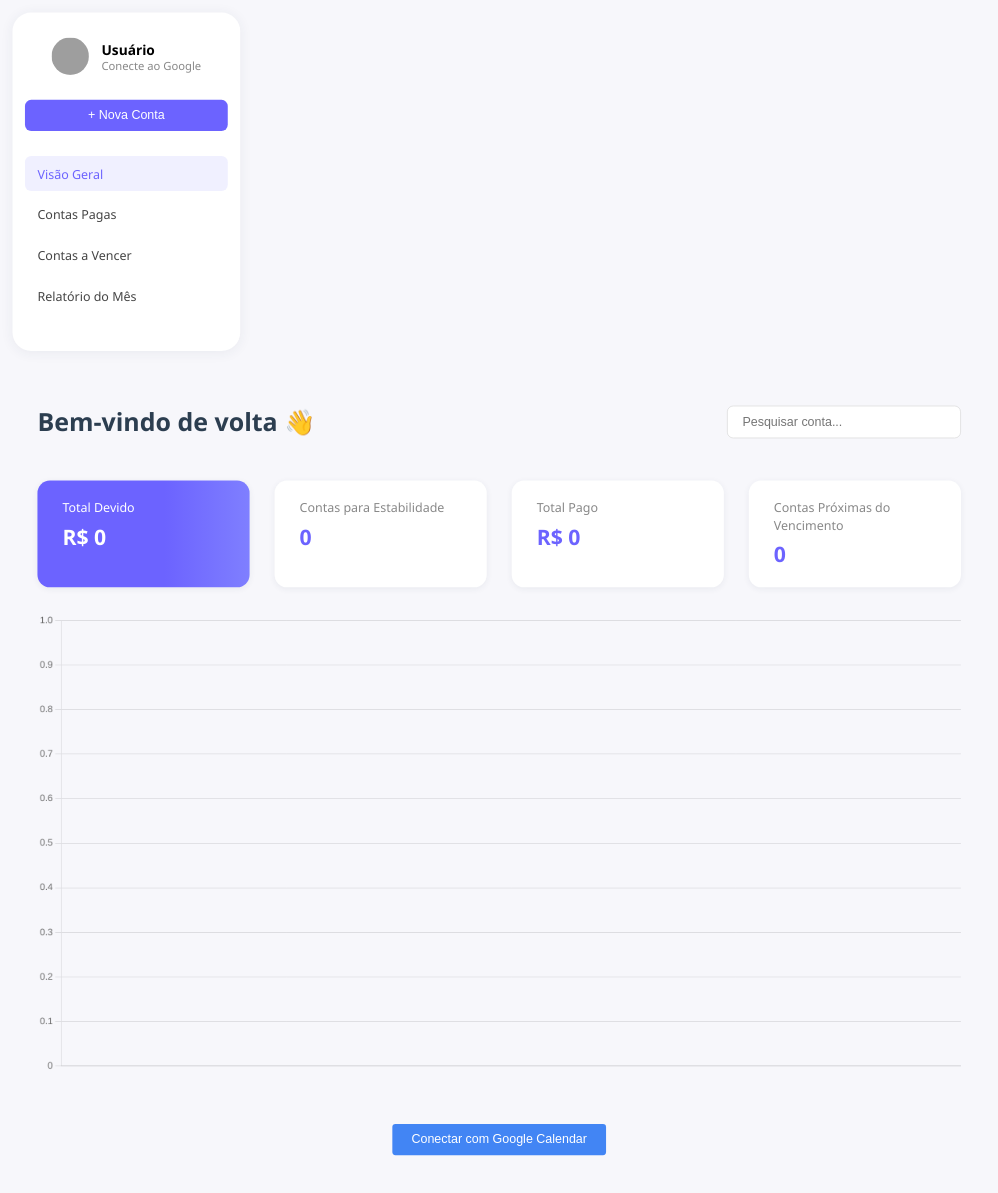
Repository: Matheus904-12/Projects-Part
Page: / (app in Gastos/)
The author's editor kept a copy of each file at every save. The page is drawn from the files as they stood at one save, then again after the next save.
The browser window is 1280 px wide. The pictures show the whole page, at 78% of full size.
Pictures or frames that could not be fetched are drawn as grey boxes. The project was rebuilt for these pictures with package versions that can differ from the ones it lists, and the page was loaded fresh each time. Also part of the build but not shown: Gastos/src/components/ExportarRelatorio.vue.

Above is the page before, as saved 2025-08-28 20:35:49.

### Gastos/src/App.vue
<template>
  <GastosDashboard />
</template>

<script>
import GastosDashboard from './components/GastosDashboard.vue';

export default {
  name: 'App',
  components: {
    GastosDashboard
  }
};
</script>

<style>
body {
  font-family: 'Segoe UI', Arial, sans-serif;
  background: #f7f7fb;
  margin: 0;
}
</style>

### Gastos/src/components/GastosDashboard.vue
<template>
  <div class="dashboard-layout">
    <aside class="sidebar">
      <div class="profile">
        <img src="https://www.gravatar.com/avatar?d=mp" alt="Avatar" class="avatar" />
        <div>
          <div class="user-name">{{ googleUser.name || 'Usuário' }}</div>
          <div class="user-email">{{ googleUser.email || 'Conecte ao Google' }}</div>
        </div>
      </div>
      <nav>
        <button @click="showForm = true">+ Nova Conta</button>
        <ul>
          <li :class="{active: activeTab === 'overview'}" @click="activeTab = 'overview'">Visão Geral</li>
          <li :class="{active: activeTab === 'paid'}" @click="activeTab = 'paid'">Contas Pagas</li>
          <li :class="{active: activeTab === 'due'}" @click="activeTab = 'due'">Contas a Vencer</li>
          <li :class="{active: activeTab === 'report'}" @click="activeTab = 'report'">Relatório do Mês</li>
        </ul>
      </nav>
    </aside>
    <main class="main-content">
      <header class="main-header">
        <h1>Bem-vindo de volta 👋</h1>
        <input v-model="search" placeholder="Pesquisar conta..." class="search" />
      </header>
      <section v-if="activeTab === 'overview'">
        <div class="cards">
          <div class="card highlight">
            <div class="card-title">Total Devido</div>
            <div class="card-value">R$ {{ totalDevido }}</div>
          </div>
          <div class="card">
            <div class="card-title">Contas para Estabilidade</div>
            <div class="card-value">{{ contasRestantes }}</div>
          </div>
          <div class="card">
            <div class="card-title">Total Pago</div>
            <div class="card-value">R$ {{ totalPago }}</div>
          </div>
          <div class="card">
            <div class="card-title">Contas Próximas do Vencimento</div>
            <div class="card-value">{{ contasVencendo }}</div>
          </div>
        </div>
        <GraficoGastos :gastos="gastos" />
      </section>
      <section v-if="activeTab === 'paid'">
        <h2>Contas Pagas no Mês</h2>
        <ul>
          <li v-for="g in contasPagas" :key="g.id">{{ g.descricao }} - R$ {{ g.valor }} ({{ g.categoria }})</li>
        </ul>
      </section>
      <section v-if="activeTab === 'due'">
        <h2>Contas a Vencer</h2>
        <ul>
          <li v-for="g in contasAVencer" :key="g.id">{{ g.descricao }} - R$ {{ g.valor }} (Vence em {{ g.dataVencimento }})</li>
        </ul>
      </section>
      <section v-if="activeTab === 'report'">
        <ExportarRelatorio :gastos="gastos" />
      </section>
      <section class="calendar-section">
        <GoogleCalendarPanel />
      </section>
      <div v-if="showForm" class="modal">
        <form @submit.prevent="adicionarGasto" class="form-modal">
          <h2>Nova Conta</h2>
          <input v-model="novoGasto.descricao" placeholder="Descrição" required />
          <input v-model.number="novoGasto.valor" type="number" placeholder="Valor" required />
          <input v-model="novoGasto.categoria" placeholder="Categoria" required />
          <input v-model="novoGasto.dataVencimento" type="date" required />
          <button type="submit">Salvar</button>
          <button type="button" @click="showForm = false">Cancelar</button>
        </form>
      </div>
    </main>
  </div>
</template>
<script>

import GraficoGastos from './GraficoGastos.vue';
import ExportarRelatorio from './ExportarRelatorio.vue';
import GoogleCalendarPanel from './GoogleCalendarPanel.vue';
import { gapi } from 'gapi-script';

const CLIENT_ID = 'SEU_CLIENT_ID.apps.googleusercontent.com';
const API_KEY = 'SUA_API_KEY';
const DISCOVERY_DOCS = ["https://www.googleapis.com/discovery/v1/apis/calendar/v3/rest"];
const SCOPES = "https://www.googleapis.com/auth/calendar.readonly";

export default {
  name: 'GastosDashboard',
  components: { GraficoGastos, ExportarRelatorio, GoogleCalendarPanel },
  data() {
    return {
      googleUser: {
        name: '',
        email: '',
        avatar: ''
      },
      activeTab: 'overview',
      showForm: false,
      search: '',
      gastos: [],
      novoGasto: {
        descricao: '',
        valor: 0,
        categoria: '',
        dataVencimento: ''
      },
      eventosGoogle: []
    };
  },
  computed: {
    totalDevido() {
      return this.gastos.filter(g => !g.pago).reduce((acc, g) => acc + g.valor, 0);
    },
    contasRestantes() {
      return this.gastos.filter(g => !g.pago).length;
    },
    totalPago() {
      return this.gastos.filter(g => g.pago).reduce((acc, g) => acc + g.valor, 0);
    },
    contasVencendo() {
      const hoje = new Date();
      return this.gastos.filter(g => !g.pago && new Date(g.dataVencimento) - hoje < 3 * 24 * 60 * 60 * 1000).length;
    },
    contasPagas() {
      return this.gastos.filter(g => g.pago && this.isMesAtual(g.dataVencimento));
    },
    contasAVencer() {
      const hoje = new Date();
      return this.gastos.filter(g => !g.pago && new Date(g.dataVencimento) >= hoje);
    }
  },
  methods: {
    adicionarGasto() {
      this.gastos.push({ ...this.novoGasto, pago: false, id: Date.now() });
      this.novoGasto = { descricao: '', valor: 0, categoria: '', dataVencimento: '' };
      this.showForm = false;
    },
    removerGasto(index) {
      this.gastos.splice(index, 1);
    },
    marcarComoPago(id) {
      const gasto = this.gastos.find(g => g.id === id);
      if (gasto) gasto.pago = true;
    },
    isMesAtual(data) {
      const d = new Date(data);
      const hoje = new Date();
      return d.getMonth() === hoje.getMonth() && d.getFullYear() === hoje.getFullYear();
    },
    loginGoogle() {
      gapi.load('client:auth2', () => {
        gapi.client.init({
          apiKey: API_KEY,
          clientId: CLIENT_ID,
          discoveryDocs: DISCOVERY_DOCS,
          scope: SCOPES,
        }).then(() => {
          const GoogleAuth = gapi.auth2.getAuthInstance();
          GoogleAuth.signIn().then(user => {
            const profile = user.getBasicProfile();
            this.googleUser = {
              name: profile.getName(),
              email: profile.getEmail(),
              avatar: profile.getImageUrl()
            };
            this.listarEventos();
          });
        });
      });
    },
    listarEventos() {
      gapi.client.calendar.events.list({
        calendarId: 'primary',
        timeMin: (new Date()).toISOString(),
        showDeleted: false,
        singleEvents: true,
        maxResults: 10,
        orderBy: 'startTime'
      }).then(response => {
        this.eventosGoogle = response.result.items;
      });
    }
  }
};
</script>
}

<style>
.sidebar {
  width: 260px;
  background: #fff;
  border-radius: 24px;
  margin: 1rem;
  padding: 2rem 1rem;
  box-shadow: 0 2px 16px rgba(44,62,80,0.07);
  display: flex;
  flex-direction: column;
  align-items: center;
}
.profile {
  display: flex;
  align-items: center;
  gap: 1rem;
  margin-bottom: 2rem;
}
.avatar {
  width: 48px;
  height: 48px;
  border-radius: 50%;
  background: #eee;
}
.user-name {
  font-weight: bold;
  font-size: 1.1rem;
}
.user-email {
  font-size: 0.9rem;
  color: #888;
}
nav {
  width: 100%;
}
nav button {
  width: 100%;
  background: #6c63ff;
  color: #fff;
  border: none;
  border-radius: 8px;
  padding: 0.7rem;
  font-size: 1rem;
  margin-bottom: 1rem;
  cursor: pointer;
}
nav ul {
  list-style: none;
  padding: 0;
}
nav li {
  padding: 0.7rem 1rem;
  border-radius: 8px;
  margin-bottom: 0.5rem;
  cursor: pointer;
  color: #444;
  transition: background 0.2s;
}
nav li.active, nav li:hover {
  background: #f0f0ff;
  color: #6c63ff;
}
.main-content {
  flex: 1;
  padding: 2rem 3rem;
  display: flex;
  flex-direction: column;
}
.main-header {
  display: flex;
  justify-content: space-between;
  align-items: center;
  margin-bottom: 2rem;
}
.main-header h1 {
  font-size: 2rem;
  color: #2c3e50;
}
.search {
  padding: 0.7rem 1.2rem;
  border-radius: 8px;
  border: 1px solid #ddd;
  font-size: 1rem;
  width: 260px;
}
.cards {
  display: flex;
  gap: 2rem;
  margin-bottom: 2rem;
}
.card {
  background: #fff;
  border-radius: 16px;
  box-shadow: 0 2px 8px rgba(44,62,80,0.07);
  padding: 1.5rem 2rem;
  flex: 1;
  display: flex;
  flex-direction: column;
  align-items: flex-start;
}
.card-title {
  font-size: 1rem;
  color: #888;
  margin-bottom: 0.5rem;
}
.card-value {
  font-size: 1.7rem;
  font-weight: bold;
  color: #6c63ff;
}
.card.highlight {
  background: linear-gradient(90deg,#6c63ff 60%,#7f7fff 100%);
  color: #fff;
}
.card.highlight .card-title {
  color: #fff;
}
.card.highlight .card-value {
  color: #fff;
}
.calendar-section {
  margin-top: 2rem;
}
.modal {
  position: fixed;
  top: 0; left: 0; right: 0; bottom: 0;
  background: rgba(0,0,0,0.15);
  display: flex;
  align-items: center;
  justify-content: center;
}
.form-modal {
  background: #fff;
  border-radius: 16px;
  box-shadow: 0 2px 16px rgba(44,62,80,0.07);
  padding: 2rem;
  min-width: 320px;
  display: flex;
  flex-direction: column;
  gap: 1rem;
}
.form-modal input, .form-modal button {
  padding: 0.7rem;
  border-radius: 8px;
  border: 1px solid #ddd;
  font-size: 1rem;
}
.form-modal button {
  background: #6c63ff;
  color: #fff;
  border: none;
  cursor: pointer;
}
</style>

### Gastos/src/components/GraficoGastos.vue
<template>
  <div>
    <canvas ref="canvas"></canvas>
  </div>
</template>

<script>
import { onMounted, ref, watch } from 'vue';
import Chart from 'chart.js/auto';

export default {
  name: 'GraficoGastos',
  props: {
    gastos: {
      type: Array,
      required: true
    }
  },
  setup(props) {
    const canvas = ref(null);
    let chartInstance = null;

    const renderChart = () => {
      const categorias = {};
      props.gastos.forEach(g => {
        categorias[g.categoria] = (categorias[g.categoria] || 0) + g.valor;
      });
      const data = {
        labels: Object.keys(categorias),
        datasets: [{
          label: 'Gastos por Categoria',
          data: Object.values(categorias),
          backgroundColor: ['#2c3e50', '#3498db', '#e67e22', '#e74c3c', '#1abc9c']
        }]
      };
      if (chartInstance) chartInstance.destroy();
      chartInstance = new Chart(canvas.value, {
        type: 'bar',
        data,
        options: {
          responsive: true,
          plugins: {
            legend: { display: false }
          }
        }
      });
    };

    onMounted(renderChart);
    watch(() => props.gastos, renderChart, { deep: true });

    return { canvas };
  }
};
</script>

### Gastos/src/components/GoogleCalendarPanel.vue
<template>
  <div class="calendar-panel">
    <button @click="loginGoogle">Conectar com Google Calendar</button>
    <div v-if="calendarUrl">
      <iframe :src="calendarUrl" width="100%" height="600" style="border:0;"></iframe>
    </div>
  </div>
</template>

<script>
export default {
  name: 'GoogleCalendarPanel',
  data() {
    return {
      calendarUrl: ''
    };
  },
  methods: {
    loginGoogle() {
      // Substitua pelo seu calendarId do Google
      const calendarId = 'primary';
      // Exemplo de URL pública do Google Calendar (para visualização mensal)
      this.calendarUrl = `https://calendar.google.com/calendar/embed?src=${calendarId}&ctz=America/Sao_Paulo`;
      // Para integração OAuth2 real, utilize a API do Google
    }
  }
};
</script>

<style scoped>
.calendar-panel {
  margin-top: 2rem;
  text-align: center;
}
button {
  background: #4285f4;
  color: #fff;
  border: none;
  padding: 0.7rem 1.5rem;
  border-radius: 4px;
  font-size: 1rem;
  cursor: pointer;
  margin-bottom: 1rem;
}
iframe {
  border-radius: 8px;
  box-shadow: 0 2px 8px rgba(0,0,0,0.05);
}
</style>

Loaded but not shown: Gastos/src/main.js (common file)

After the next save:
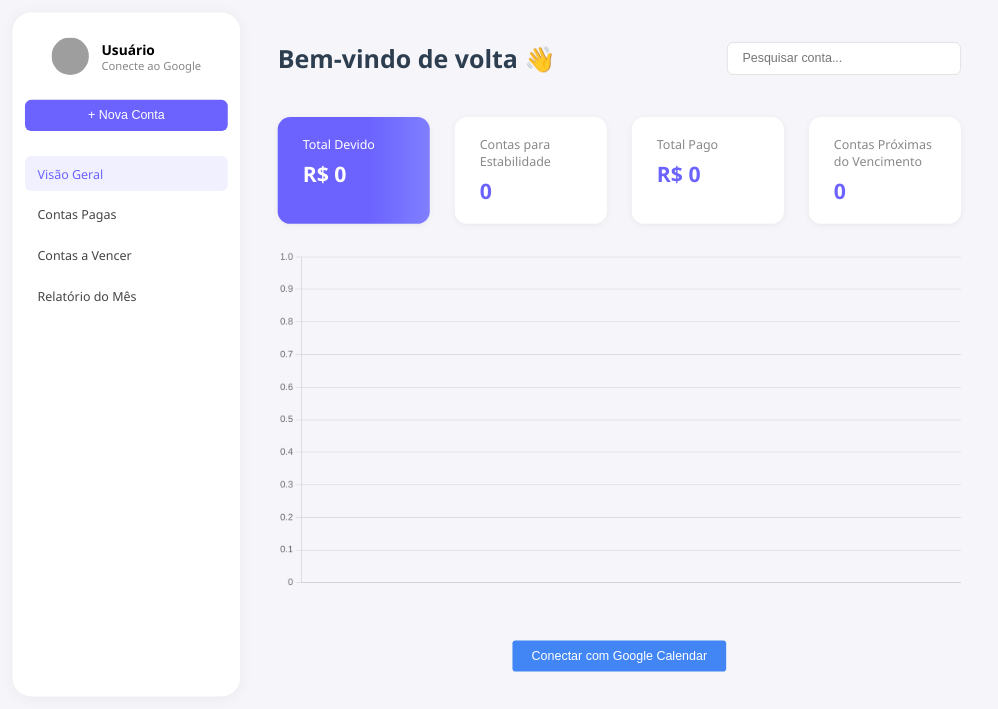
Saved 2 min 42 s later.
--- a/Gastos/src/components/GastosDashboard.vue
+++ b/Gastos/src/components/GastosDashboard.vue
@@ -1,5 +1,5 @@
 <template>
-  <div class="dashboard-layout">
+  <div class="dashboard-layout" style="display: flex; min-height: 100vh; background: #f6f6fa;">
     <aside class="sidebar">
       <div class="profile">
         <img src="https://www.gravatar.com/avatar?d=mp" alt="Avatar" class="avatar" />
@@ -18,7 +18,7 @@
         </ul>
       </nav>
     </aside>
-    <main class="main-content">
+  <main class="main-content" style="flex: 1;">
       <header class="main-header">
         <h1>Bem-vindo de volta 👋</h1>
         <input v-model="search" placeholder="Pesquisar conta..." class="search" />
@@ -190,16 +190,20 @@ export default {
 }
 
 <style>
+/* Sidebar fixa à esquerda, estilo dashboard moderno */
 .sidebar {
   width: 260px;
   background: #fff;
   border-radius: 24px;
-  margin: 1rem;
+  margin: 1rem 0 1rem 1rem;
   padding: 2rem 1rem;
   box-shadow: 0 2px 16px rgba(44,62,80,0.07);
   display: flex;
   flex-direction: column;
   align-items: center;
+  min-height: calc(100vh - 2rem);
+  position: sticky;
+  top: 0;
 }
 .profile {
   display: flex;
@@ -256,6 +260,7 @@ nav li.active, nav li:hover {
   padding: 2rem 3rem;
   display: flex;
   flex-direction: column;
+  min-width: 0;
 }
 .main-header {
   display: flex;
